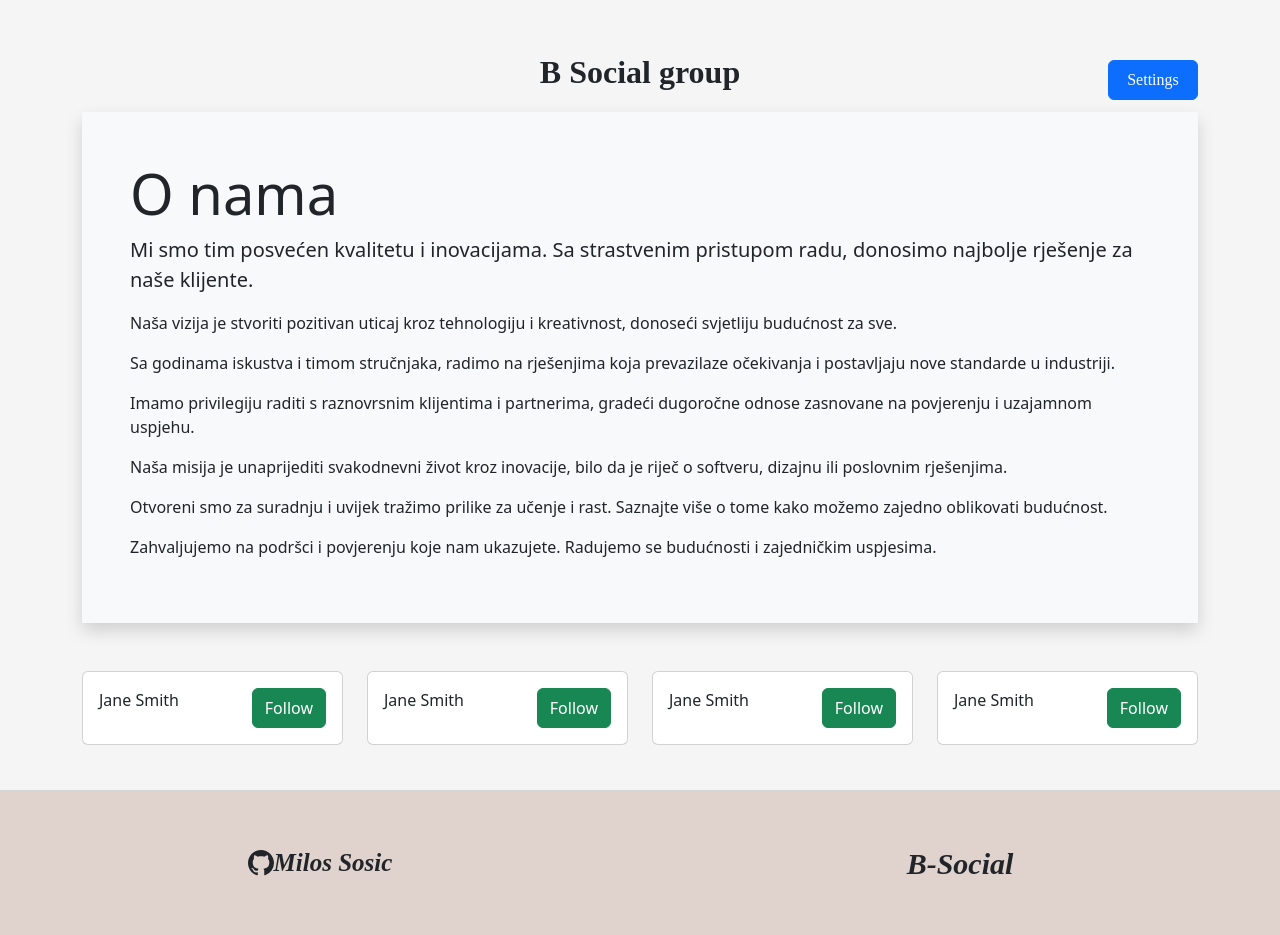
Repository: mcedo1/b-Social-app
Page: /aboutUs
The author's editor kept a copy of each file at every save. The page is drawn from the files as they stood at one save, then again after a run of saves.
The browser window is 1280 px wide. The pictures show the whole page.
The project was rebuilt for these pictures with package versions that can differ from the ones it lists, and the page was loaded fresh each time. Also part of the build but not shown: src/components/log.reg.component/Login.js, src/components/log.reg.component/Registration.js, src/components/submain.component/Submain.css, src/components/submain.component/Comment.js, src/components/submain.component/Modal.js, src/components/submain.component/Post.js, src/components/submain.component/followers.component/FollowerComponet.js, src/components/submain.component/Submain.js and 1 more.

Above is the page before, as saved 2024-02-03 15:08:47.

### src/index.js
import React from 'react';
import ReactDOM from 'react-dom/client';
import './index.css';
import App from './App';
import reportWebVitals from './reportWebVitals';
import {
  BrowserRouter as Router
} from "react-router-dom";
import 'bootstrap/dist/css/bootstrap.min.css';
import 'react-toastify/dist/ReactToastify.css';

const root = ReactDOM.createRoot(document.getElementById('root'));
root.render(
  <React.StrictMode>
    <Router>
      <App />
    </Router>
  </React.StrictMode>
);

// If you want to start measuring performance in your app, pass a function
// to log results (for example: reportWebVitals(console.log))
// or send to an analytics endpoint. Learn more: https://bit.ly/CRA-vitals
reportWebVitals();

### src/App.js
import './App.css';
import Footer from './components/footer.component/Footer';
import Login from './components/log.reg.component/Login';
import Registration from './components/log.reg.component/Registration';
import MainPage from './components/main.page.component/MainPage';
import WebSocket from 'websocket';
import { useEffect } from 'react';
import {
  Routes,
  Route,
} from "react-router-dom";
import AboutUsCommponent from './components/about.us.component/AboutUs';
import { ToastContainer } from 'react-toastify';


function App() {
//   useEffect(() => {
//     // Establish a WebSocket connection
//     const ws = new WebSocket('wss://localhost:8080');

//     // Set up event listeners
//     ws.onopen = () => {
//       console.log('WebSocket connection opened');
//     };

//     ws.onmessage = (event) => {
//       console.log('Received message:', event.data);
//       // Handle the incoming message
//     };

//     ws.onclose = () => {
//       console.log('WebSocket connection closed');
//     };

//     // Clean up the WebSocket connection when the component is unmounted
//     return () => {
//       ws.close();
//     };
//   }, []);


  return (
    <div className='App'>
      <div className="Main">
        <ToastContainer/>
        <Routes>
          <Route index path="/" element={<Login />} />
          <Route path="/reg" element={<Registration />} />
          <Route path="/main" element={<MainPage />} />
          <Route path='aboutUs' element={<AboutUsCommponent/>}/>
        </Routes>
      </div>
      <Footer/>
     </div>
  );
}

export default App;

### src/components/footer.component/Footer.js
import React from 'react'
import './Footer.css';

function Footer() {
  return (
      <div className='Footer'>
      <div className='Left'>
      <svg xmlns="http://www.w3.org/2000/svg" width="26" height="26" fill="currentColor" class="bi bi-github" viewBox="0 0 16 16">
  <path d="M8 0C3.58 0 0 3.58 0 8c0 3.54 2.29 6.53 5.47 7.59.4.07.55-.17.55-.38 0-.19-.01-.82-.01-1.49-2.01.37-2.53-.49-2.69-.94-.09-.23-.48-.94-.82-1.13-.28-.15-.68-.52-.01-.53.63-.01 1.08.58 1.23.82.72 1.21 1.87.87 2.33.66.07-.52.28-.87.51-1.07-1.78-.2-3.64-.89-3.64-3.95 0-.87.31-1.59.82-2.15-.08-.2-.36-1.02.08-2.12 0 0 .67-.21 2.2.82.64-.18 1.32-.27 2-.27s1.36.09 2 .27c1.53-1.04 2.2-.82 2.2-.82.44 1.1.16 1.92.08 2.12.51.56.82 1.27.82 2.15 0 3.07-1.87 3.75-3.65 3.95.29.25.54.73.54 1.48 0 1.07-.01 1.93-.01 2.2 0 .21.15.46.55.38A8.01 8.01 0 0 0 16 8c0-4.42-3.58-8-8-8"/>
</svg>
       <b> Milos Sosic</b>
      </div>
      <div className='Right'>
        <i>B-Social</i>
      </div>
    </div>
  )
}

export default Footer

### src/components/about.us.component/AboutUs.js
import React from "react";
import SideBar from "../main.page.component/sideBar";
import NewFollowers from "./NewFollowers";

const AboutUsCommponent = () => {
     return (
          <div style={{flex:1, justifyContent:'column'}}>
               <div className="container mt-5">
                    <SideBar />
                    <div className="jumbotron bg-light p-5 shadow">
                         <h1 className="display-4">O nama</h1>
                         <p className="lead">
                              Mi smo tim posvećen kvalitetu i inovacijama. Sa
                              strastvenim pristupom radu, donosimo najbolje
                              rješenje za naše klijente.
                         </p>
                         <p>
                              Naša vizija je stvoriti pozitivan uticaj kroz
                              tehnologiju i kreativnost, donoseći svjetliju
                              budućnost za sve.
                         </p>
                         <p>
                              Sa godinama iskustva i timom stručnjaka, radimo na
                              rješenjima koja prevazilaze očekivanja i
                              postavljaju nove standarde u industriji.
                         </p>
                         <p>
                              Imamo privilegiju raditi s raznovrsnim klijentima
                              i partnerima, gradeći dugoročne odnose zasnovane
                              na povjerenju i uzajamnom uspjehu.
                         </p>
                         <p>
                              Naša misija je unaprijediti svakodnevni život kroz
                              inovacije, bilo da je riječ o softveru, dizajnu
                              ili poslovnim rješenjima.
                         </p>
                         <p>
                              Otvoreni smo za suradnju i uvijek tražimo prilike
                              za učenje i rast. Saznajte više o tome kako možemo
                              zajedno oblikovati budućnost.
                         </p>
                         <p>
                              Zahvaljujemo na podršci i povjerenju koje nam
                              ukazujete. Radujemo se budućnosti i zajedničkim
                              uspjesima.
                         </p>
                    </div>
               </div>
               <NewFollowers/>
          </div>
     );
};

export default AboutUsCommponent;

### src/components/footer.component/Footer.css
.Footer {
  background-color: #e0d3ce;

  height: 20vh;
  display: flex;
  flex-direction: row;
  box-shadow: rgba(0, 0, 0, 0.02) 0px 1px 3px 0px,
    rgba(27, 31, 35, 0.15) 0px 0px 0px 1px;
}
.Left {
  flex: 1;
  display: flex;
  justify-content: center;
  align-items: center;
  font-size: 25px;
  font-family: "Times New Roman", Times, serif;
  font-style: italic;
}

.Left b:hover {
  cursor: pointer;
  font-size: 27px;
}

.Right {
  flex: 1;
  display: flex;
  justify-content: center;
  align-items: center;
  font-family: "Times New Roman", Times, serif;
  font-weight: 700;
  font-size: 30px;
}

.Right i:hover {
  cursor: pointer;
  font-size: 31px;
}

### src/components/log.reg.component/Login.css
.Login {
    flex: 1;
    display: flex;
    justify-content: center;
    align-items: center;
    background-color: #f3f3ef;
    box-shadow: rgba(0, 0, 0, 0.1) 0px 4px 12px;
    margin: 20px 0;
}

p:hover {
    cursor: default;
}

### src/API/Api.js
import axios from "axios";
import ApiConfig from "../config/apiconfig";

export default function api(path, body, method) {
     const requestDATA = {
          method: method,
          baseURL: ApiConfig.API_URL,
          url: path,
          data: body,
          headers: {
               "Content-Type": "application/json",
               Authorization: getToken(),
          },
     };

     return new Promise((resolve, reject) => {
          axios(requestDATA)
               .then((res) => responseHandler(res, resolve))
               .catch(async (error) => {
                    console.log(error.response.status, error.response.data)
                    if (error.response.status === 401) {
                         const response = {
                              status: "login Error",
                              data: error.response.data.message,
                         };

                         return resolve(response);
                    }

                    const response = {
                         status: "Conflict",
                         data: error.response.data.message,
                    };
                    resolve(response);
               });
     });
}

async function responseHandler(res, resolve) {

    if (res.status < 200 || res.status >= 300) {
          const response = {
               status: "service Error",
               data: res.data,
          };

          return resolve(response);
     }
     let response;
     if (res.data.errorStatus < 0)
          response = {
               status: "login Error",
               data: res.data,
          };
     else
          response = {
               status: "ok",
               data: res.data,
          };
     return resolve(response);
}

export function getToken() {
     const token = localStorage.getItem("api_token");
     return "Berer " + token;
}

export function saveToken(token) {
     localStorage.setItem("api_token", token);
}

export function saveIdentity(identity) {
     localStorage.setItem("api_identity", identity);
}

export function getIdentity() {
     return localStorage.getItem("api_identity");
}

export function delIdentity() {
     localStorage.removeItem('api_identity')
}
export function delToken() {
     localStorage.removeItem('api_token')
}

### src/components/main.page.component/MainPage.css
.MainPage {
    flex: 1;
    display: flex;
    flex-direction: column;
}


.Naslov {
    display: flex;
    justify-items: end;
    font-size: xx-large;
    font-weight: bolder;

    font-family: 'Lucida Sans', 'Lucida Sans Regular', 'Lucida Grande', 'Lucida Sans Unicode', Geneva, Verdana, sans-serif;
}
.Setting-button {
    flex: 1;
    display: flex;
    justify-content: end;
    align-items: center;
}

### src/components/main.page.component/sideBar.js
import React, { useState } from "react";
import Offcanvas from "react-bootstrap/Offcanvas";
import Button from "react-bootstrap/Button";
import { Link } from "react-router-dom";
import { useNavigate } from "react-router-dom";
import { delIdentity, delToken } from "../../API/Api";

function SideBar() {
     const [show, setShow] = useState(false);
     const navigate = useNavigate();
     const handleClose = () => setShow(false);
     const handleShow = () => setShow(true);

     const handleLogOut = () => {
          delIdentity()
          delToken()
          navigate("/");
     };

     return (
          <>
               <div className="Naslov">
                    <div style={{ flex: "1" }}></div>
                    <div>
                         <p style={{ fontFamily: "cursive" }}>B Social group</p>
                    </div>
                    <div className="Setting-button">
                         <Button
                              style={{
                                   width: "90px",
                                   height: "40px",
                                   fontFamily: "cursive",
                              }}
                              variant="primary"
                              onClick={handleShow}>
                              Settings
                         </Button>
                    </div>
                    <hr />
               </div>

               <Offcanvas show={show} onHide={handleClose}>
                    <Offcanvas.Header closeButton>
                         <Offcanvas.Title
                              style={{
                                   fontFamily: "cursive",
                                   fontSize: "35px",
                              }}>
                              B-social routes
                         </Offcanvas.Title>
                    </Offcanvas.Header>
                    <hr />
                    <Offcanvas.Body
                         style={{
                              display: "flex",
                              flexDirection: "column",
                              justifyContent: "space-between",
                         }}>
                         <div>
                              <p>
                                   <Link
                                        to={"/main"}
                                        style={{
                                             textDecoration: "none",
                                             fontFamily: "cursive",
                                             fontSize: "23px",
                                        }}>
                                        Main Panel
                                   </Link>
                              </p>
                              <p>
                                   <Link
                                        to={"/aboutUs"}
                                        style={{
                                             textDecoration: "none",
                                             fontFamily: "cursive",
                                             fontSize: "20px",
                                        }}>
                                        About Us!
                                   </Link>
                              </p>
                         </div>
                         <Button
                              style={{
                                   alignSelf: "end",
                                   fontFamily: "cursive",
                              }}
                              variant="danger"
                              onClick={handleLogOut}>
                              Sign Out!
                         </Button>
                    </Offcanvas.Body>
               </Offcanvas>
          </>
     );
}

export default SideBar;

### src/components/about.us.component/NewFollowers.js
import React from "react";
import { Button } from "react-bootstrap";


const NewFollowerCard = ({ firstName, lastName }) => {
    return (
        <div className="col-md-3"  style={{ height: '50px' }}>
        <div className="card">
          <div className="card-body col d-flex justify-content-between">
            <p>{firstName} {lastName}</p> <Button className="btn-success">Follow</Button>
          </div>
        </div>
      </div>
    );
  };
const NewFollowerComponent = () => {

    let lista = [
        {firstName: 'slavko', lastName:'sosic'},
        {firstName: 'milos', lastName:'sosic'},
        {firstName: 'janko', lastName:'sosic'},
        {firstName: 'marko', lastName:'sosic'},
        {firstName: 'milutin', lastName:'sosic'},
        {firstName: 'jovan', lastName:'sosic'},
        {firstName: 'david', lastName:'sosic'},
        {firstName: 'ratko', lastName:'sosic'},
        {firstName: 'slobaodan', lastName:'sosic'},
    ]

    return (
      <div className="row d-flex flex-nowrap overflow-auto" style={{ height: '120px' }}>
        <NewFollowerCard firstName="Jane" lastName="Smith" />
        <NewFollowerCard firstName="Jane" lastName="Smith" />
        <NewFollowerCard firstName="Jane" lastName="Smith" />
        <NewFollowerCard firstName="Jane" lastName="Smith" />
        <NewFollowerCard firstName="Jane" lastName="Smith" />
        <NewFollowerCard firstName="Jane" lastName="Smith" />
      </div>
    );
  };

function NewFollowers() {
    return (
        <div>
            <div className="container mt-5">
                <NewFollowerComponent/>
            </div>
        </div>
    );
}

export default NewFollowers;

### src/config/apiconfig.js

const ApiConfig = {
    API_URL: 'http://localhost:3001',
}

export default ApiConfig;

Loaded but not shown: public/index.html (common file); src/index.css (common file); src/reportWebVitals.js (common file); src/App.css (common file)

After the next 2 saves:
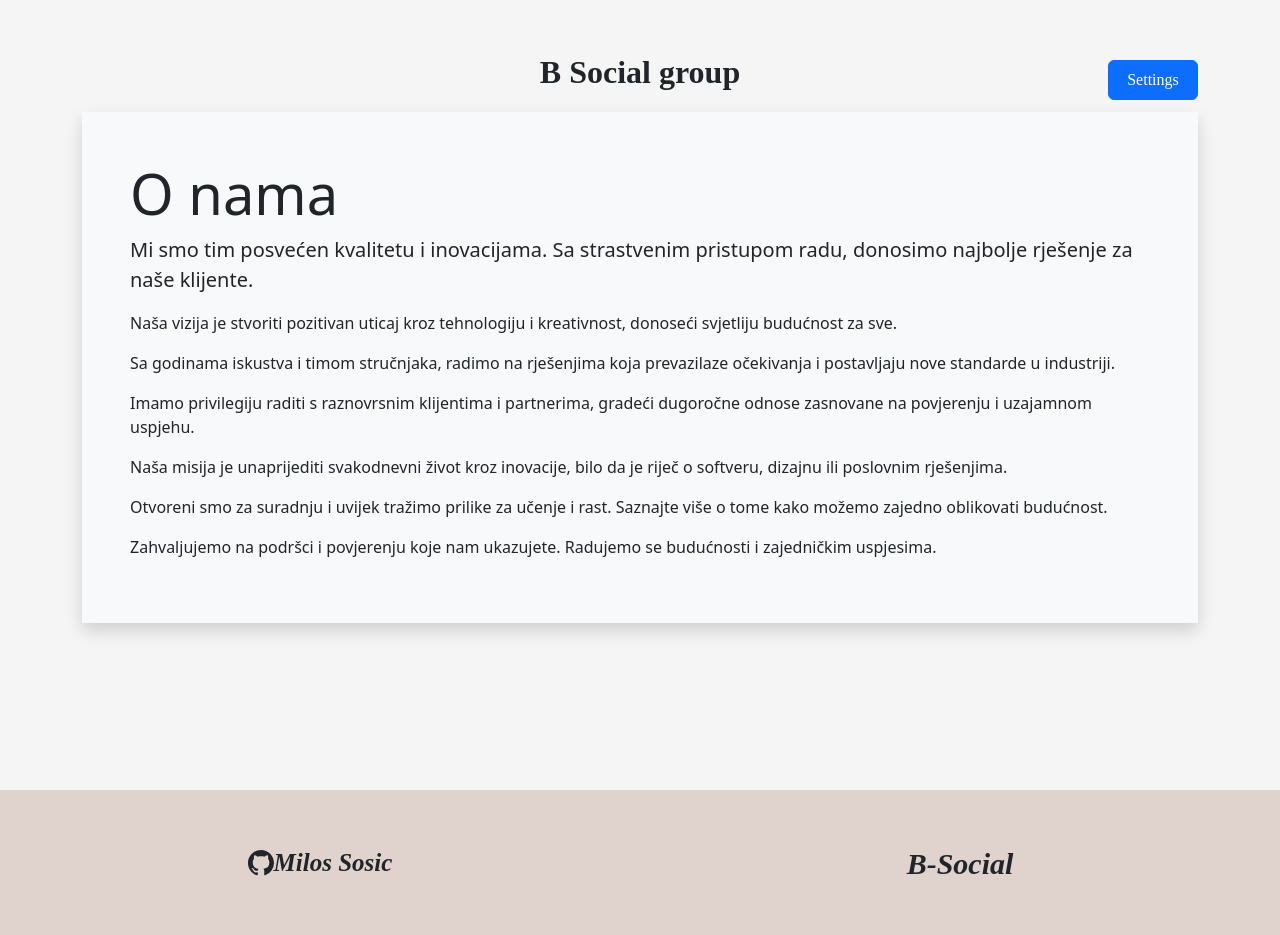
The 2 saves are shown as one change because they came seconds apart.
The last was saved 6 s later.
--- a/src/components/about.us.component/NewFollowers.js
+++ b/src/components/about.us.component/NewFollowers.js
@@ -29,12 +29,7 @@ const NewFollowerComponent = () => {
 
     return (
       <div className="row d-flex flex-nowrap overflow-auto" style={{ height: '120px' }}>
-        <NewFollowerCard firstName="Jane" lastName="Smith" />
-        <NewFollowerCard firstName="Jane" lastName="Smith" />
-        <NewFollowerCard firstName="Jane" lastName="Smith" />
-        <NewFollowerCard firstName="Jane" lastName="Smith" />
-        <NewFollowerCard firstName="Jane" lastName="Smith" />
-        <NewFollowerCard firstName="Jane" lastName="Smith" />
+            {}
       </div>
     );
   };
